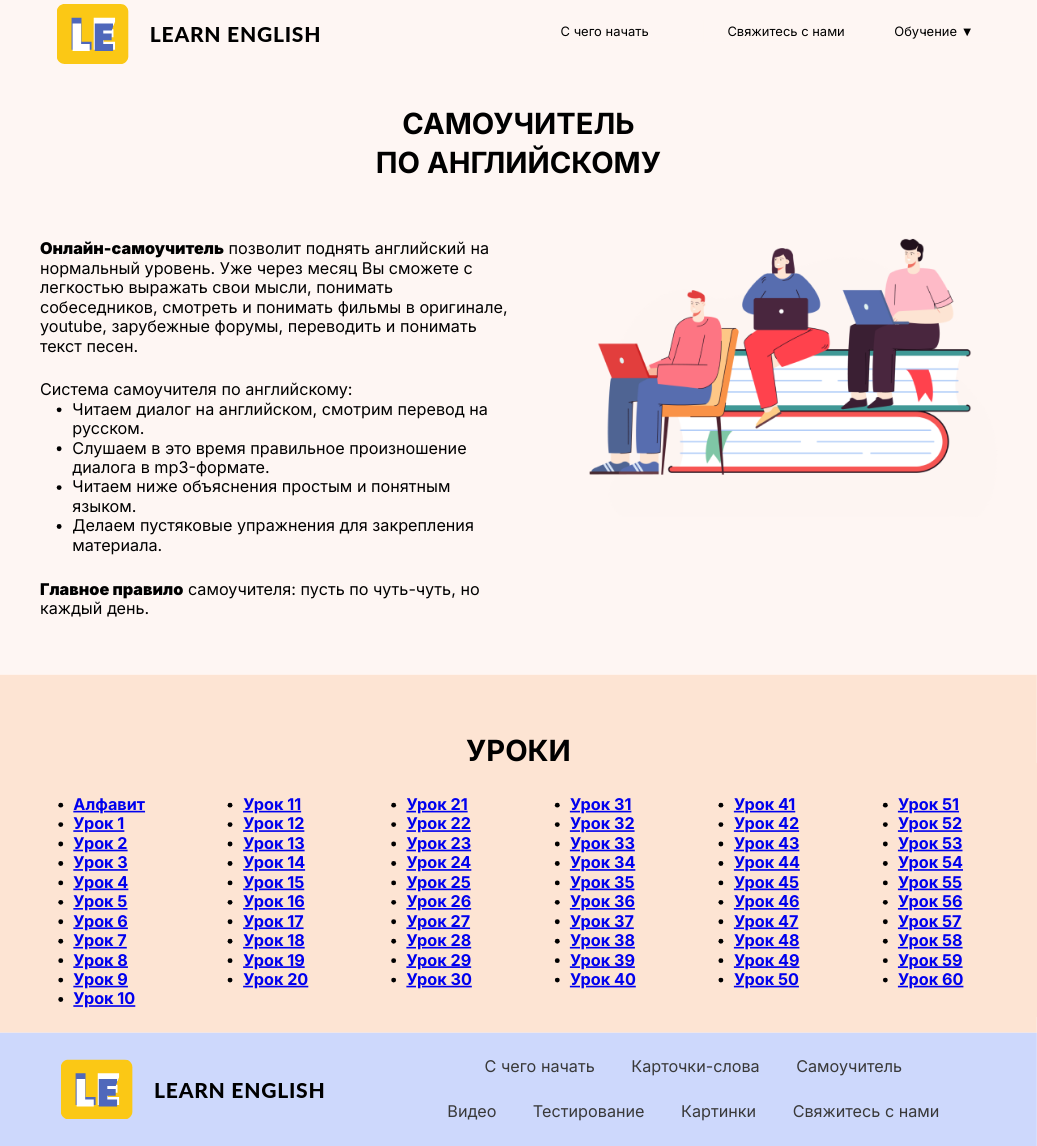
Repository: WladimirVA/Diplom
Page: scool/lesson.html
The author's editor kept a copy of each file at every save. The page is drawn from the files as they stood at one save, then again after the next save.
The browser window is 1280 px wide. The pictures show the whole page, at 81% of full size.

Above is the page before, as saved 2023-07-19 17:02:58.

After the next save:
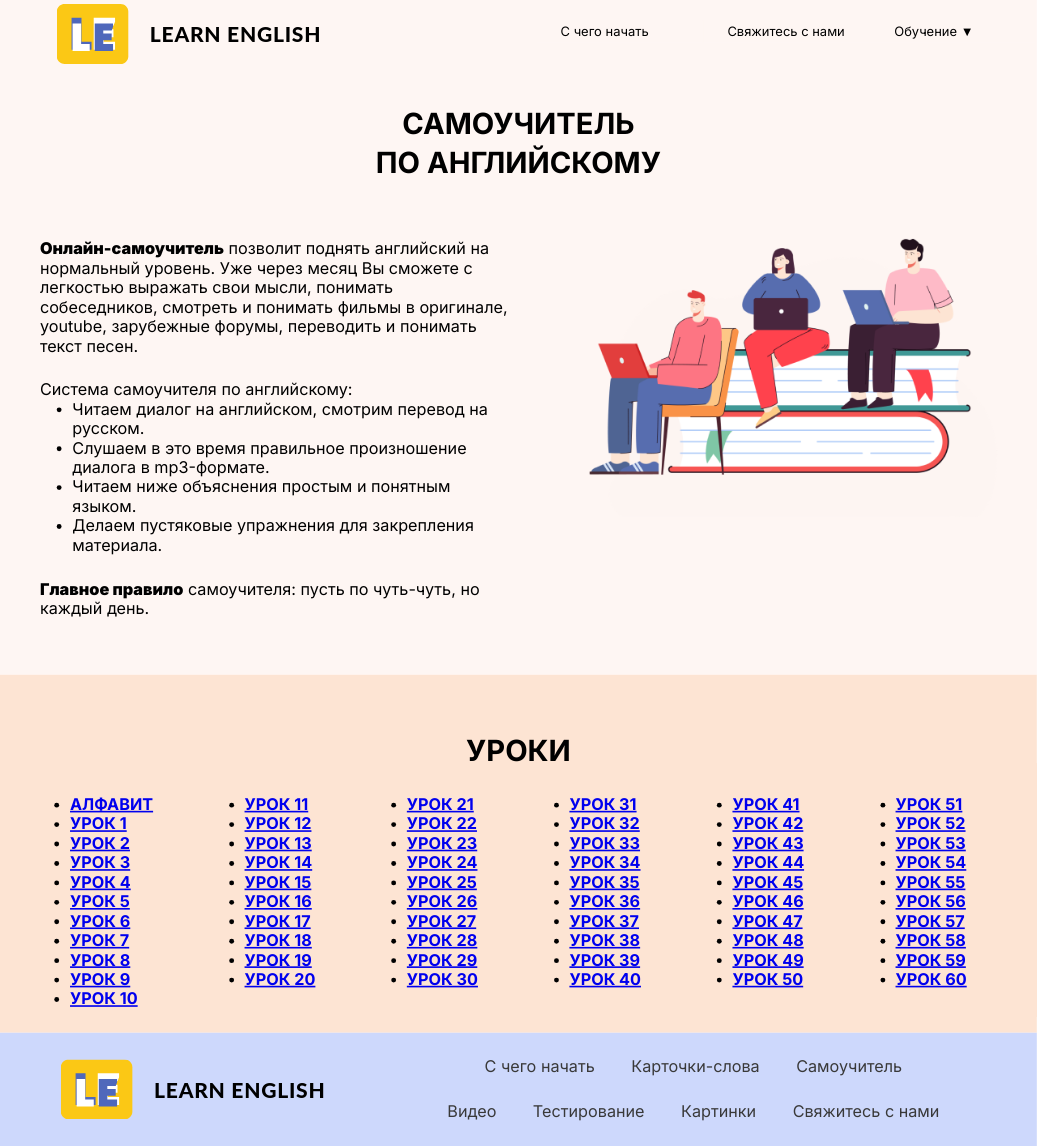
Saved 42 s later.
--- a/scool/css/lesson.css
+++ b/scool/css/lesson.css
@@ -84,3 +84,7 @@
     text-align: left;
     padding: 30px;
 }
+
+.all-lesson a {
+    text-transform: uppercase;
+}
